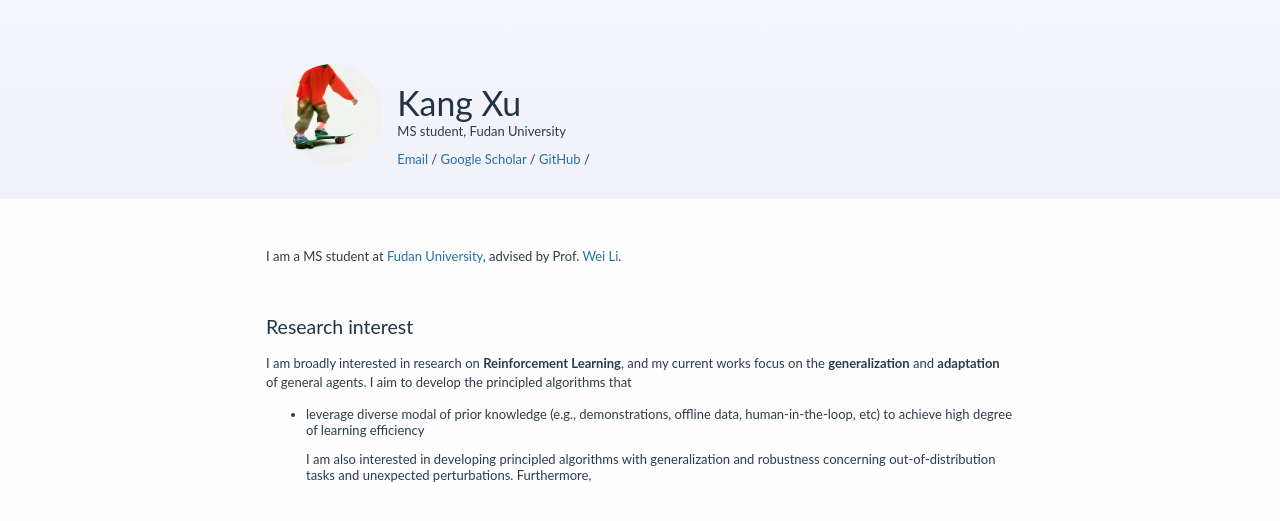
Repository: Kavka1/kang-xu.github.io
Page: index.html
An editor plug-in stored every save of this project. The page is shown before and after the next save, followed by the edit.
The browser window is 1280 px wide. The pictures show the whole page.

Above is the page before, as saved 2023-05-19 11:52:31.

### index.html
<!DOCTYPE html>
<head>
    <title>Kang Xu</title>
    <meta property="og:title" content="Kang Xu">
	<meta property="og:description" content="MS student, Fudan University">
    <meta property="og:image" content="https://kang-xu.github.io/files/lichter.jpeg">
	<meta property="og:url" content="https://kang-xu.github.io/">
	<meta name="twitter:card" content="summary_large_image">
    <link rel="apple-touch-icon" sizes="180x180" href="files/apple-touch-icon.png">
    <link rel="icon" type="image/png" sizes="32x32" href="files/favicon-32x32.png">
    <link rel="icon" type="image/png" sizes="16x16" href="files/favicon-16x16.png">
    <link rel="manifest" href="files/site.webmanifest">
    <link rel="stylesheet" href="style.css">
    <style>
        .post-title {font-size: 2em; margin-bottom: 16px;}
        .center-img {display: block; margin: auto;}
        .img-border {border: 1px solid #999;}
        div.codeblock {display: block; margin: auto; margin-top: 6px; margin-bottom: 6px; width: 100%; background-color: #f1f1f1; padding: 12px;}
        code {font-family: Consolas,"courier new"; color: rgb(41, 45, 62); background-color: #f1f1f1; padding: 2px; font-size: 105%;}
        code .comment {color: #719141;}
        code .gray {color: rgb(146, 147, 150);}
        .bullets li {margin-bottom: 12px;}
    </style>
</head>

<div class="header noselect">
    <div class="content row">
        <div class="header-profile-picture"></div>
        <div class="header-text">
            <div class="header-name">
                <h1>Kang Xu</h1>
            </div>
            <div class="header-subtitle">
                MS student, Fudan University
            </div>
            <div class="header-links">
                <a class="btn" href="#contact">Email</a> /
                <a class="btn" href="https://scholar.google.com/citations?user=7FTLsHUAAAAJ&hl=zh-CN">Google Scholar</a> /
                <a class="btn" href="https://github.com/Kavka1">GitHub</a> /
                <!-- <a class="btn" href="https://twitter.com/ncklashansen">Twitter</a> / -->
                <!-- <a class="btn" href="https://www.linkedin.com/in/ncklas">LinkedIn</a> / -->
                <!-- <a class="btn" href="files/cv.pdf">CV</a> -->
            </div>
        </div>
    </div>
</div>
<div class="content" style="padding-bottom: 64px;">
    <div>
        <p>
            I am a MS student at <a href="https://www.fudan.edu.cn/en/">Fudan University</a>, advised by Prof. <a href="https://scholar.google.co.uk/citations?user=AG3OXS0AAAAJ&hl=en">Wei Li</a>.
        </p>
    </div>
    <div>
        <h2 class="noselect">Research interest</h2>
        <p>
            I am broadly interested in research on <span class="bold">Reinforcement Learning</span>, and my current works focus on the <span class="bold">generalization</span> and <span class="bold">adaptation</span> of general agents. I aim to develop the principled algorithms that
            <ul>
                <li>
                    leverage diverse modal of prior knowledge (e.g., demonstrations, offline data, human-in-the-loop, etc) to achieve high degree of learning efficiency
                </li>
            </ul>
            <ul>
                I am also interested in developing principled algorithms with generalization and robustness concerning out-of-distribution tasks and unexpected perturbations. Furthermore,
            </ul>
        </p>
    </div>
</div>

### style.css
html {-webkit-text-size-adjust: 100%; -moz-text-size-adjust: 100%; -ms-text-size-adjust: 100%;}
body {background-color: #fdfdfd; color: #2c3c4c; margin: 0; font-size: 13px;}
h1 {margin-bottom: 32px; font-size: 2.6em;}
h2 {margin-top: 48px;}
h1, h2 {color: #234;}
h3, h4, h5 {color: #345;}
h1, h2, h3, h4, h5, a, p, span, body, div {font-weight: normal; font-family: 'Lato', Verdana, Helvetica, sans-serif;}
.header {background: linear-gradient(to bottom, #f5f5fd 10%, #f1f1f9 90%); width: 100%; padding-top: 16px; padding-bottom: 32px;}
.header-profile-picture, .header-text {display: inline-block;}
.header-name h1 {margin: 0;}
.header-subtitle {margin-bottom: 12px;}
.header-profile-picture {width: 100px; height: 100px; margin-right: 12px; border-radius: 50%; background-image: url(files/lichter.jpeg); background-position: center; background-size: contain;}
.content {max-width: 748px; padding-left: 16px; padding-right: 16px; margin: auto; margin-top: 48px;}
.hr {width: 100%; height: 1px; margin: 48px 0; background-color: #d6dbdf;}
a {color: #2471a3; text-decoration: none;}
a:focus, a:hover {color: #f09228;}
p {line-height: 1.5em;}
.nobreak {white-space: nowrap;}
.noselect {-webkit-touch-callout: none; -webkit-user-select: none; -khtml-user-select: none; -moz-user-select: none; -ms-user-select: none; user-select: none;}
.bold {font-weight: bold;}
.italic {font-style: italic;}
.bulletpoints {line-height: 1.5em;}
.row {box-sizing: border-box;}
.row-media {display: block; float: left; width: 160px; height: 90px; background-position: center; background-size: contain; background-repeat: no-repeat;}
.row-text {display: block; float: left; margin-left: 12px; line-height: 1.5em; max-width: 566px;}
.row-text span {line-height: inherit;}
.clearfix {content: ""; clear: both; display: table;}
.publication {margin-bottom: 32px; padding-left: 8px;}
.publication.highlight {background-color: #fff8df; width: 100%; padding-top: 8px; padding-bottom: 8px; border-radius: 4px;}
.press {width: 100px; height: 80px; border: 1px solid #def; margin-right: 12px; background-size: cover;}
.img-contain {background-size: contain !important;}
.footer {background-color: #345; width: 100%}
.footer-content {color: #fff; font-size: 10px; padding: 6px 0; max-width: 748px; margin: auto;}
.footer-content a {color: #fff; text-decoration: underline;}
.footer-content a:hover {color: #f09228 !important;}
.stars {font-size: 10px; display: inline-block; margin-left: 6px; color: #666;}

@media only screen and (max-width: 1150px) {
    .header-profile-picture, .header-text {display: block; margin: auto; text-align: center;}
    .header-profile-picture {margin-bottom: 12px; width: 140px; height: 140px;}
    body {font-size: 18px;}
    a.btn {font-size: 14px; padding: 2px 6px;}
}

@media only screen and (max-width: 1000px) {
    .publication {margin-bottom: 46px;}
    .publication .row-media {width: 260px; height: 130px; margin: auto; margin-bottom: 12px; display: block;}
    .publication .row-text {display: block; width: 100%; margin-left: 0;}
    .press {display: block;}
}

After the next save:
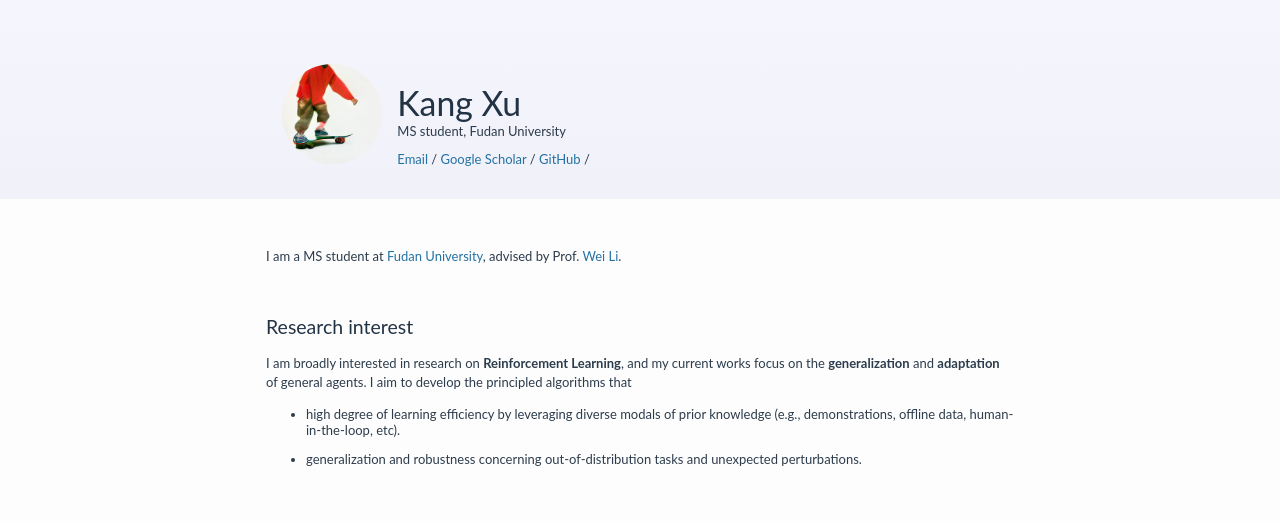
Saved 118 s later.
--- a/index.html
+++ b/index.html
@@ -56,11 +56,13 @@
             I am broadly interested in research on <span class="bold">Reinforcement Learning</span>, and my current works focus on the <span class="bold">generalization</span> and <span class="bold">adaptation</span> of general agents. I aim to develop the principled algorithms that
             <ul>
                 <li>
-                    leverage diverse modal of prior knowledge (e.g., demonstrations, offline data, human-in-the-loop, etc) to achieve high degree of learning efficiency
+                    high degree of learning efficiency by leveraging diverse modals of prior knowledge (e.g., demonstrations, offline data, human-in-the-loop, etc).
                 </li>
             </ul>
             <ul>
-                I am also interested in developing principled algorithms with generalization and robustness concerning out-of-distribution tasks and unexpected perturbations. Furthermore,
+                <li>
+                    generalization and robustness concerning out-of-distribution tasks and unexpected perturbations.
+                </li>
             </ul>
         </p>
     </div>
